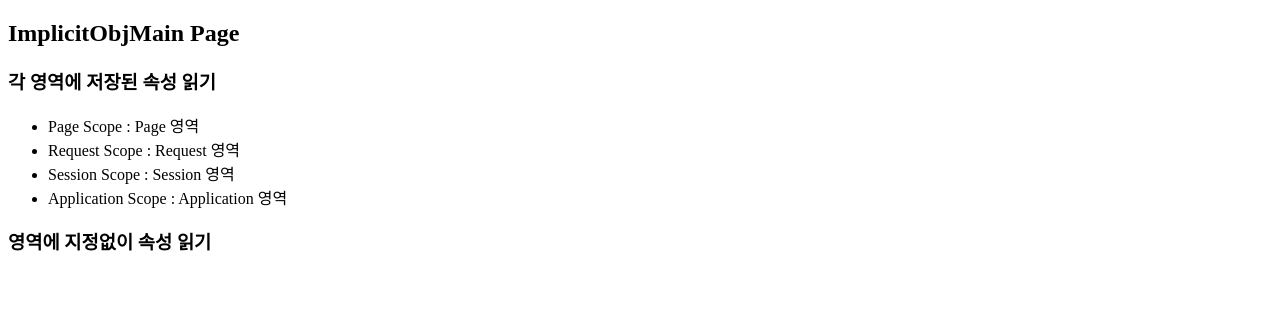
Repository: Jadedvst/Java_JSP-Servlet
Page: http://localhost/MustHaveJSP/10EL/FromResult.jsp
The author's editor kept a copy of each file at every save. The page is drawn from the files as they stood at one save, then again after the next save.
The browser window is 1280 px wide. The pictures show the whole page.
The page is served by Tomcat 10. Other server files are loaded and not shown.

Above is the page before, as saved 2023-12-19 00:43:28.

### MustHaveJSP/src/main/webapp/10EL/FromResult.jsp
<%@ page language="java" contentType="text/html; charset=UTF-8"
    pageEncoding="UTF-8"%>
<%
pageContext.setAttribute("scopeValue","Page 영역");
request.setAttribute("scopeValue","Request 영역");
session.setAttribute("scopeValue","Session 영역");
application.setAttribute("scopeValue","Application 영역");
%>
<!DOCTYPE html>
<html>
<head>
<meta charset="UTF-8">
<title>표현 언어(EL) - 내장 객체</title>
</head>
<body>
	<h2>ImplicitObjMain Page</h2>
	<h3>각 영역에 저장된 속성 읽기</h3>
	<ul>
		<li>Page Scope : ${ pageScope.scopeValue }</li>
		<li>Request Scope : ${ requestScope.scopeValue }</li>
		<li>Session Scope : ${ sessionScope.scopeValue }</li>
		<li>Application Scope : ${ applicationScope.scopeValue }</li>
	</ul>

	<h3>영역에 지정없이 속성 읽기</h3>
</body>
</html>

After the next save:
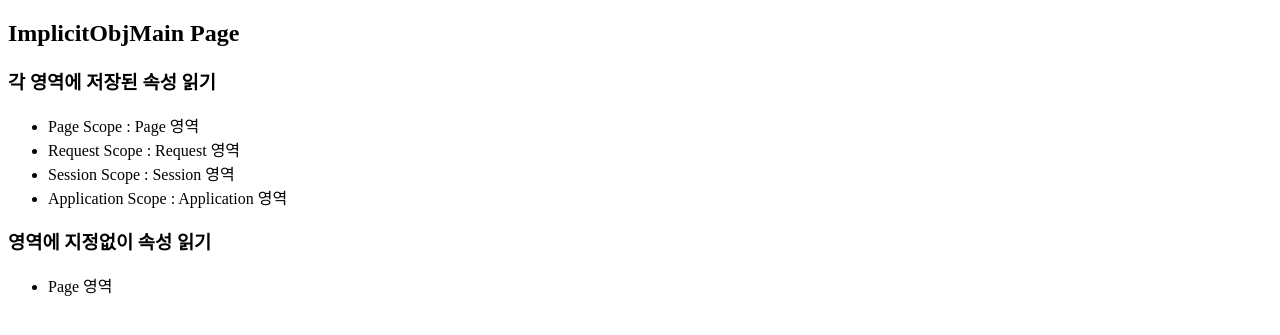
Saved 59 s later.
--- a/MustHaveJSP/src/main/webapp/10EL/FromResult.jsp
+++ b/MustHaveJSP/src/main/webapp/10EL/FromResult.jsp
@@ -23,5 +23,8 @@
 	</ul>
 
 	<h3>영역에 지정없이 속성 읽기</h3>
+	<ul>
+		<li>${ scopeValue }</li>
+	</ul>
 </body>
 </html>
